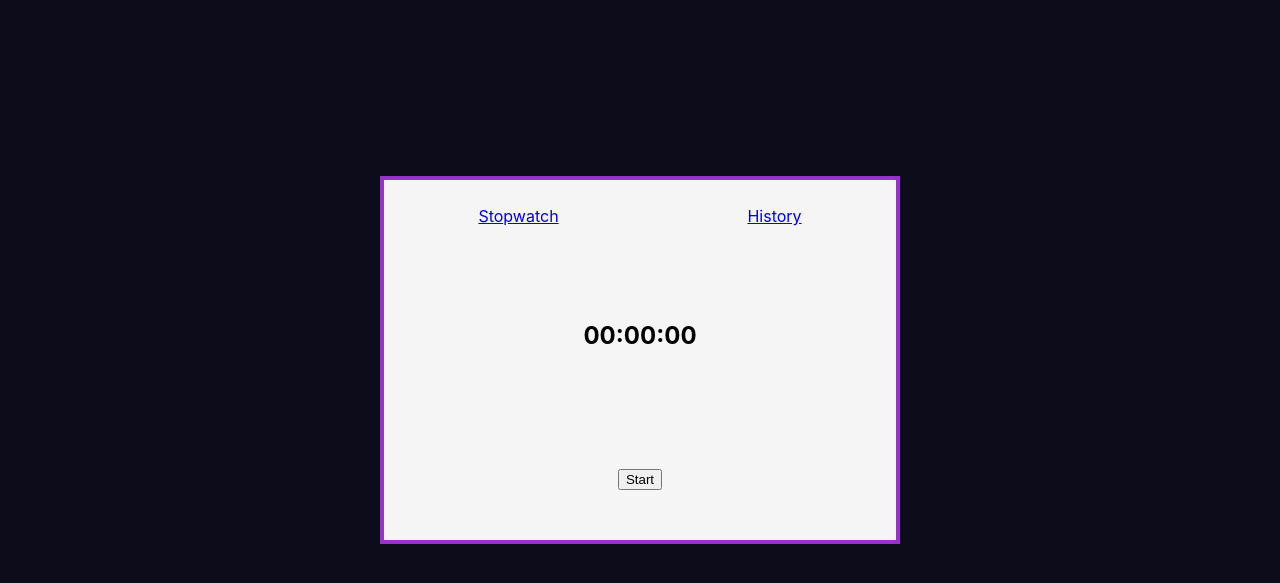
Repository: NicolasRSJ/fastdoubleclick
Page: /
An editor plug-in stored every save of this project. The page is shown before and after the next save, followed by the edit.
The browser window is 1280 px wide. The pictures show the whole page.
The project was rebuilt for these pictures with package versions that can differ from the ones it lists, and the page was loaded fresh each time.

Above is the page before, as saved 2022-10-27 20:29:08.

### src/App.js
import './App.css';
import { Stopwatch } from './Views/Stopwatch/Index';


function App() {
  return (
    <div className="App">
      <Stopwatch/>
    </div>
  );
}

export default App;

### src/App.css
.App {
  background-color: #0d0c1b;
  width: 100vw;
  height: 100vh;
  display: flex;
  flex-direction: column;
  align-items: center;
  justify-content: center;
  text-align: center;
}

### src/Views/Stopwatch/Index.jsx
import React, { useState, useEffect } from 'react'
import "./Index.css"

export const Stopwatch = () => {

    const [ time, setTimer ] = useState(0)
    const [ start, setStart ] = useState(false)

    useEffect(() => {
        let interval = null;

        if(start) {
            interval = setInterval(() => {
                setTimer(prevTime => prevTime + 10)
            }, 10);
        }else {
            clearInterval(interval);
        }

        return () => clearInterval(interval)
    }, [start])

    const HandlerButton = () => {
        if(start === false) {
            setStart(true)
        }else {
            setStart(false)
        }
    }

  return (
    <div className="container">
        <nav className="navigation">
            <p><a href='/'>Stopwatch</a></p>
            <p><a href='/historic'>History</a></p>
        </nav>
        <section className="contents">
            <h1>
                <span>{("0" + Math.floor((time / 60000) % 60)).slice(-2)}:</span>
                <span>{("0" + Math.floor((time / 1000) % 60)).slice(-2)}:</span>
                <span>{("0" + (time / 10) % 1000).slice(-2)}</span>
            </h1>
            <button onClick={() => {setStart(true)}}>Start</button>
        </section>
    </div>
  )
}

### src/Views/Stopwatch/Index.css
.container {
    width: 40%;
    height: 50vh;
    display: flex;
    flex-direction: column;
    background-color: whitesmoke;
    border: 4px solid darkorchid;
}

.navigation {
    width: 100%;
    height: 20%;
    display: flex;
    align-items: center;
    justify-content: space-around;
}

.contents {
    width: 100%;
    height: 80%;
    display: flex;
    align-items: center;
    justify-content: space-around;
    flex-direction: column;
}

Loaded but not shown: public/index.html (common file); src/index.js (common file); src/index.css (common file); src/reportWebVitals.js (common file)

After the next save:
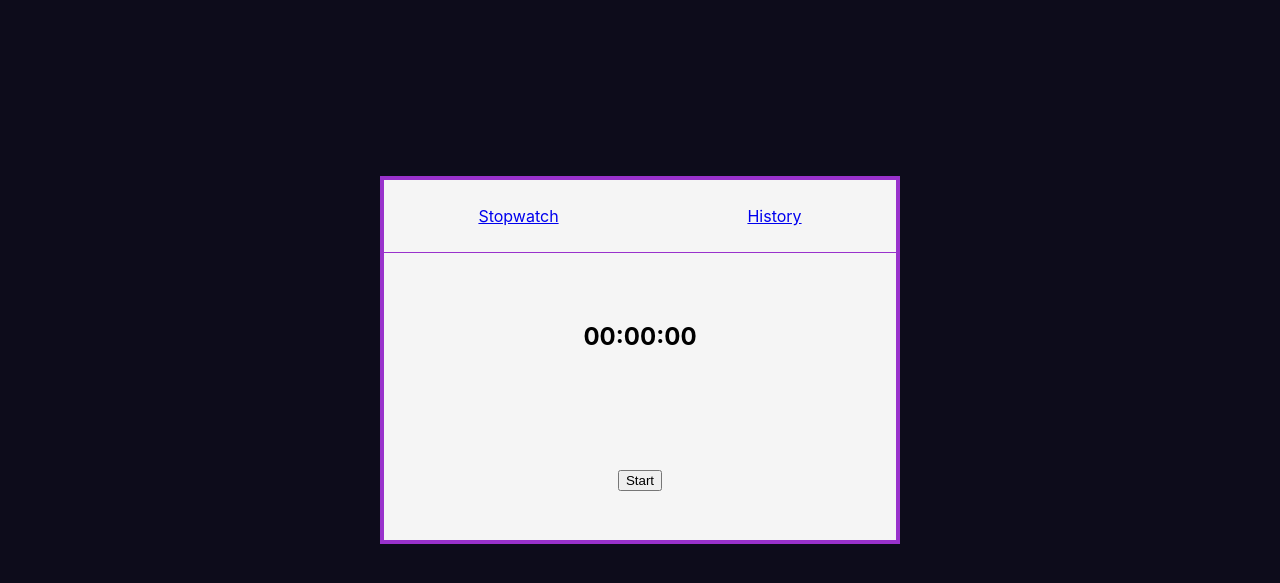
Saved 67 s later.
--- a/src/Views/Stopwatch/Index.css
+++ b/src/Views/Stopwatch/Index.css
@@ -13,6 +13,7 @@
     display: flex;
     align-items: center;
     justify-content: space-around;
+    border-bottom: 1px solid  darkorchid;
 }
 
 .contents {
